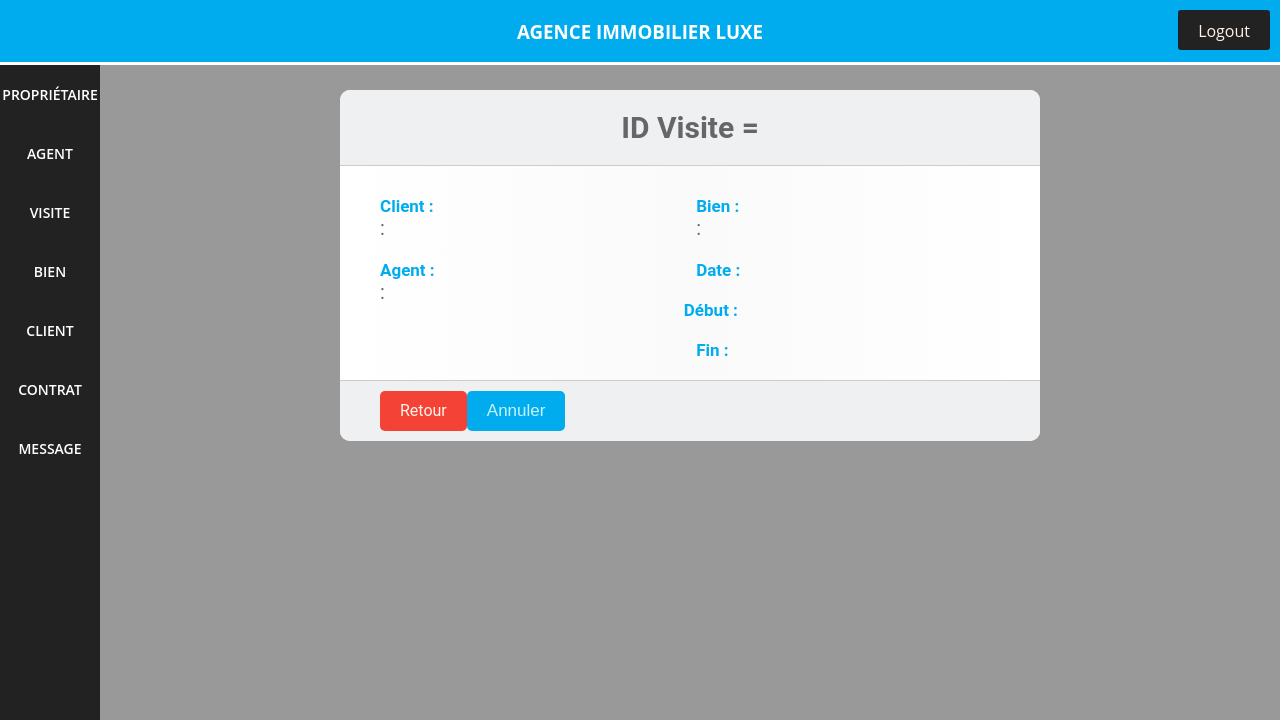
Repository: hassen-mnejja/Real_Estate_Agency_Website
Page: http://localhost/backoffice/WEB-INF/visitedescriptif.jsp
These files come from the project's save history. The page is drawn as it stood at one moment and after the next save; the edit follows.
The browser window is 1280 px wide. The pictures show the whole page.
Some icons come from a web library that is not loaded, so they are not drawn. The page is served by Tomcat 9. Nobody is signed in. Other server files are loaded and not shown. The template is opened directly, without the code that normally fills it, so the values that code supplies are empty.

Above is the page before, as saved 2020-06-23 21:46:47.

### backoffice/WebContent/WEB-INF/visitedescriptif.jsp
<%@ page language="java" contentType="text/html; charset=UTF-8" pageEncoding="UTF-8"%>
<%@ taglib uri="http://java.sun.com/jsp/jstl/core" prefix="c"%>
<!DOCTYPE html>
<html>
<head>
<title>${visite.idVisite}</title>
<link rel="stylesheet" type="text/css" href="../Style/MonStyle.css">
<link rel="icon" href="../Images/icon4.ico" />
<script src="../JS/1351.js"></script>
<script src="../JS/jquery-3.4.1.js"></script>
<style>
.my-form {
	width: 700px;
	margin-bottom: 100px;
}
</style>
</head>
<body>
<body>

	<!-- navbar -->
	<div id="nav-placeholder"></div>

	<!-- contenu -->
	<div id="contenu">
		<form class="my-form" >

			<!-- form header -->
			<div class="form-header">
				<h1>ID Visite = ${visite.idVisite}</h1>
			</div>

			<!-- form body -->
			<div class="form-body">

				<!-- client et bien -->
				<div class="horizontal-group">
					<div class="form-group left">
						<label for="idclient" class="label-title">Client :</label>
						<label id="afidclient" style="display: block; font-size: 20px;">${visite.client.idClient} : ${visite.client.nom} ${visite.client.prenom}</label>
					</div>
					<div class="form-group right">
						<label for="idbien" class="label-title">Bien :</label>
						<label id="afidbien" style="display: block; font-size: 20px;">${visite.bien.idBien} : ${visite.bien.descriptif}</label>
					</div>
				</div>

				<!-- agent et date -->
				<div class="horizontal-group">
					<div class="form-group left">
						<label for="numcontrat" class="label-title">Agent :</label>
						<label id="afnumcontrat" style="display: block; font-size: 20px;">${visite.agent.idAgent} : ${visite.agent.nom} ${visite.agent.prenom}</label>
					</div>
					<div class="form-group right">
						<label for="numcontrat" class="label-title">Date :</label>
						<label id="afnumcontrat" style="display: block; font-size: 20px;">${visite.date}</label>
					</div>
				</div>

				<!-- Num tel -->
				<div class="horizontal-group">
					<div class="form-group left">
						<label for="date" class="label-title">Début :</label>
						<label id="afdate" style="display: block; font-size: 20px;">${visite.heured}</label>
					</div>
					<div class="form-group right">
						<label for="prix" class="label-title">Fin :</label>
						<label id="afprix" style="display: block; font-size: 20px;">${visite.heuref}</label>
					</div>
				</div>
			</div>

			<!-- form-footer -->
			<div class="form-footer">
				<div style="justify-content:left; display: flex;">
					<a href="/backoffice/prive/cherchercontrat">Retour</a>
					<button type="button" onclick="fonction2()" class="btn">Annuler</button>
				</div>
			</div>

		</form>

	</div>


	<!-- JavaScript -->
	<script>
		$(function() {
			$("#nav-placeholder").load("../navbar.html");
		});

		function fonction2() {
			if (confirm("Voulez-vous vraiment annuler cette visite?")) {
				window.alert("Cette visite a été annulée avec succès.");
				location.href = "/backoffice/prive/supprimevisite?idvisite=${visite.idVisite}";
			}
		}
	</script>
</body>
</html>

### backoffice/WebContent/Style/MonStyle.css
@charset "ISO-8859-1";
.aa:hover {
	background-color: rgba(0, 0, 0, 0);
	color: #4088a3;
}

.aa:link, .aa:visited {
	background-color: rgba(0, 0, 0, 0);
	color: #666;
	text-decoration: none;
	display: inline-block;
	border: none;
	padding: 0px 0px;
}

.nav {
	position: fixed;
	top: 60px;
	left: 0px;
	width: 100px;
	height: 100%;
	background: #222;
	z-index: 2;
}

.contenu {
	position: fixed;
	top: 60px;
	left: 100px;
	width: 100%;
	height: 100%;
	background: #999;
	z-index: 2;
}

.header {
	position: fixed;
	left: 0;
	right: 0;
	z-index: 1002;
	min-height: 60px;
	padding: 0 15px;
	background: #00acee;
	border-bottom: 3px solid white;
}

#contenu {
	position: fixed;
	top: 60px;
	left: 100px;
	width: calc(100% - 100px);
	height: 100%;
	background: #999;
	z-index: 1;
	margin-left: auto;
	margin-right: auto;
	transition: all 500ms linear;
	overflow-y: auto;
}

#contenu.active {
	left: 0px;
	width: 100%;
}

#nav {
	left: 0px;
	transition: all 500ms linear;
}

#nav.active {
	left: -100px;
}

.nav span {
	display: block;
	font-size: 14px;
	color: #fff;
	font-weight: 600;
	text-transform: uppercase;
	margin-top: 10px;
}

.fi {
	font-size: 25px;
	color: #eee;
}

.toggle {
	position: fixed;
	font-size: 25px;
	color: #222;
	top: 15px;
	left: 40px;
	cursor: pointer;
}

.nav .nav-item {
	position: relative;
	width: 100%;
	text-align: center;
}

.nav .main-item, .nav .sub-item {
	padding: 15px 0px;
	background: #222;
}

.nav .nav-item .sub-items {
	position: absolute;
	top: 0px;
	left: -300px;
	width: max-content;
	z-index: -1;
	transition: all 300ms ease-in-out;
}

.nav .sub-items .sub-item {
	float: left;
	width: 100px;
}

.nav .main-item:hover, .nav .sub-item:hover {
	background: #00acee;
	cursor: pointer;
}

.nav .nav-item:hover .sub-items {
	left: 102px;
}

#elements {
	font-family: "Trebuchet MS", Arial, Helvetica, sans-serif;
	border-collapse: collapse;
	width: 100%;
	border: 1px solid #d6d6d6;
	border-radius: 3px 3px 3px 3px;
}

#elements td, #elements th {
	border: 1px solid #ddd;
	padding: 8px;
}

#elements tr:nth-child(even) {
	background-color: white;
}

#elements tr:nth-child(odd) {
	background-color: #eff0f1;
}

#elements tr:hover {
	background-color: #ddd;
}

#elements th {
	padding-top: 12px;
	padding-bottom: 12px;
	text-align: left;
	background-color: white;
	color: gray;
}

@import url('https://fonts.googleapis.com/css?family=Roboto');

/*---------------------------------------*/
/* Register Form */
/*---------------------------------------*/
body {
	margin: 0px;
	font-family: "Open Sans", sans-serif;
}

a:link, a:visited {
	background-color: #f44336;
	color: #fff3e9;
	padding: 10px 20px;
	text-align: center;
	text-decoration: none;
	display: inline-block;
	border: none;
	border-radius: 5px;
}

a:hover, a:active {
	background-color: #fa3c39;
	color: white;
}

.my-form {
	font-family: "Roboto", sans-serif;
	background: linear-gradient(to right, #ffffff 0%, #fafafa 50%, #ffffff 99%);
	border-radius: 10px;
	margin: 30px auto;
	width: 650px;
}

/*---------------------------------------*/
/* Form Header */
/*---------------------------------------*/
.form-header {
	background-color: #EFF0F1;
	border-top-left-radius: 10px;
	border-top-right-radius: 10px;
}

.form-header h1 {
	font-size: 30px;
	text-align: center;
	color: #666;
	padding: 20px 0;
	border-bottom: 1px solid #cccccc;
}

/*---------------------------------------*/
/* Form Body */
/*---------------------------------------*/
.form-body {
	padding: 10px 40px;
	color: #666;
}

.form-group {
	margin-bottom: 20px;
}

.form-body .label-title {
	color: #00acee;
	font-size: 17px;
	font-weight: bold;
}

.form-body .form-input {
	font-size: 17px;
	box-sizing: border-box;
	width: 100%;
	height: 34px;
	padding-left: 10px;
	padding-right: 10px;
	color: #333333;
	text-align: left;
	border: 1px solid #d6d6d6;
	border-radius: 4px;
	background: white;
	outline: none;
}

.horizontal-group .left {
	float: left;
	width: 49%;
}

.horizontal-group .right {
	float: right;
	width: 49%;
}

/*---------------------------------------*/
/* Form Footer */
/*---------------------------------------*/
.my-form .form-footer {
	background-color: #EFF0F1;
	border-bottom-left-radius: 10px;
	border-bottom-right-radius: 10px;
	padding: 10px 40px;
	text-align: right;
	border-top: 1px solid #cccccc;
	clear: both;
}

.form-footer span {
	float: left;
	margin-top: 10px;
	color: #999;
	font-style: italic;
	font-weight: thin;
}

.btn {
	display: inline-block;
	padding: 10px 20px;
	background-color: #00acee;
	font-size: 17px;
	border: none;
	border-radius: 5px;
	color: #c3f4ff;
	cursor: pointer;
}

.btn:hover {
	background-color: #11addd;
	color: white;
}

a.log {
	position: fixed;
	float: left;
	background: #222;
	border-radius: 3px 3px 3px 3px;
	height: 20px;
	top: 10px;
	right: 10px;
}

.title {
	color: white;
	text-align: center;
	cursor: pointer;
}

### backoffice/WebContent/navbar.html
<script src="JS/1351.js"></script>
<header class="header black-bg">
	<i class="fas fa-bars toggle" onclick="toggle()" id="b"></i>
	<h3 class="title" onclick="window.location.href = '/backoffice/prive/home';">AGENCE IMMOBILIER LUXE</h3>
	<a class="log" href="/backoffice/logout" id="discon">Logout</a>
</header>
<div class="nav" id="nav" style="display: block">
	<div class="nav-item">
		<div class="main-item">
			<i class="fad fa-house-user fi"></i> <span>Propriétaire</span>
		</div>
		<div class="sub-items">
			<div class="sub-item" onclick="window.location.href = '/backoffice/prive/ajouterprop';">
				<i class="fad fa-user-plus fi"></i> <span>Ajouter</span>
			</div>
			<div class="sub-item" onclick="window.location.href = '/backoffice/prive/chercherprop';">
				<i class="fad fa-search fi"></i> <span>Chercher</span>
			</div>
		</div>
	</div>
	<div class="nav-item">
		<div class="main-item">
			<i class="fad fa-user-headset fi"></i> <span>Agent</span>
		</div>
		<div class="sub-items">
			<div class="sub-item" onclick="window.location.href = '/backoffice/prive/ajouteragent';">
				<i class="fad fa-user-plus fi"></i> <span>Ajouter</span>
			</div>
			<div class="sub-item" onclick="window.location.href = '/backoffice/prive/chercheragent';">
				<i class="fad fa-search fi"></i> <span>Chercher</span>
			</div>
		</div>
	</div>
	<div class="nav-item">
		<div class="main-item">
			<i class="fad fa-house-return fi"></i> <span>Visite</span>
		</div>
		<div class="sub-items">
			<div class="sub-item" onclick="window.location.href = '/backoffice/prive/ajoutervisite';">
				<i class="fad fa-calendar-plus fi"></i> <span>Programmer</span>
			</div>
			<div class="sub-item" onclick="window.location.href = '/backoffice/prive/cherchervisite';">
				<i class="fad fa-search fi"></i> <span>Chercher</span>
			</div>
		</div>
	</div>
	<div class="nav-item">
		<div class="main-item">
			<i class="fad fa-house fi"></i> <span>Bien</span>
		</div>
		<div class="sub-items">
			<div class="sub-item" onclick="window.location.href = '/backoffice/prive/ajouterbien';">
				<i class="fad fa-plus fi"></i> <span>Ajouter</span>
			</div>
			<div class="sub-item" onclick="window.location.href = '/backoffice/prive/chercherbien';">
				<i class="fad fa-search fi"></i> <span>Chercher</span>
			</div>
		</div>
	</div>
	<div class="nav-item">
		<div class="main-item">
			<i class="fad fa-user fi"></i> <span>client</span>
		</div>
		<div class="sub-items">
			<div class="sub-item">
				<i class="fad fa-user-plus fi"></i> <span>Ajouter</span>
			</div>
			<div class="sub-item">
				<i class="fad fa-search fi"></i> <span>Chercher</span>
			</div>
		</div>
	</div>
	<div class="nav-item">
		<div class="main-item">
			<i class="fad fa-file fi"></i> <span>contrat</span>
		</div>
		<div class="sub-items">
			<div class="sub-item" onclick="window.location.href = '/backoffice/prive/ajoutercontrat';">
				<i class="fad fa-file-plus fi"></i> <span>Ajouter</span>
			</div>
			<div class="sub-item" onclick="window.location.href = '/backoffice/prive/cherchercontrat';">
				<i class="fad fa-file-search fi"></i> <span>Chercher</span>
			</div>
		</div>
	</div>
	<div class="nav-item">
		<div class="main-item">
			<i class="fad fa-comments-alt fi"></i> <span>Message</span>
		</div>
		<div class="sub-items">
			<div class="sub-item">
				<i class="fad fa-comment-alt-plus fi"></i> <span>Ajouter</span>
			</div>
			<div class="sub-item">
				<i class="fad fa-inbox fi"></i> <span>Chercher</span>
			</div>
		</div>
	</div>
</div>
<script>
	function toggle() {
		document.getElementById("nav").classList.toggle('active');
		document.getElementById("contenu").classList.toggle('active');
	}
</script>

Loaded but not shown: backoffice/WebContent/JS/1351.js (library); backoffice/WebContent/JS/jquery-3.4.1.js (library)

After the next save:
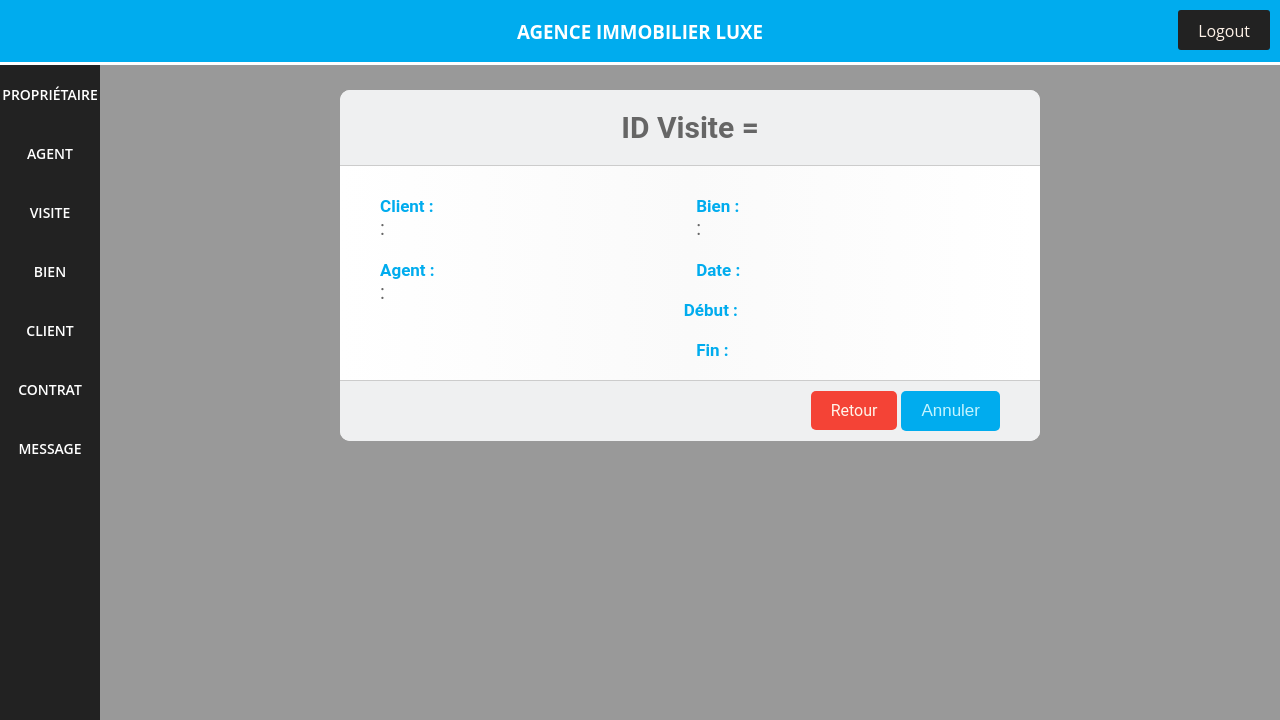
Saved 6 s later.
--- a/backoffice/WebContent/WEB-INF/visitedescriptif.jsp
+++ b/backoffice/WebContent/WEB-INF/visitedescriptif.jsp
@@ -72,7 +72,7 @@
 
 			<!-- form-footer -->
 			<div class="form-footer">
-				<div style="justify-content:left; display: flex;">
+				<div >
 					<a href="/backoffice/prive/cherchercontrat">Retour</a>
 					<button type="button" onclick="fonction2()" class="btn">Annuler</button>
 				</div>
